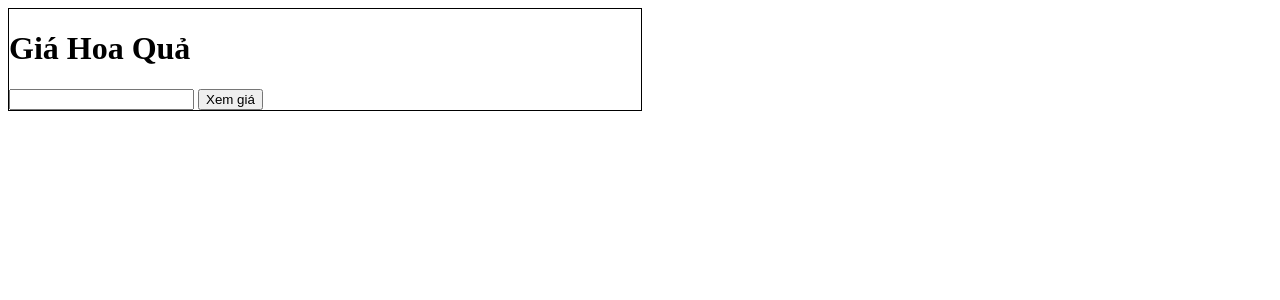
Repository: tungts3qb/BTCodeGym
Page: giahoaqua.html
These files come from the project's save history. The page is drawn as it stood at one moment and after the next save; the edit follows.
The browser window is 1280 px wide. The pictures show the whole page.

Above is the page before, as saved 2023-01-04 11:00:08.

After the next save:
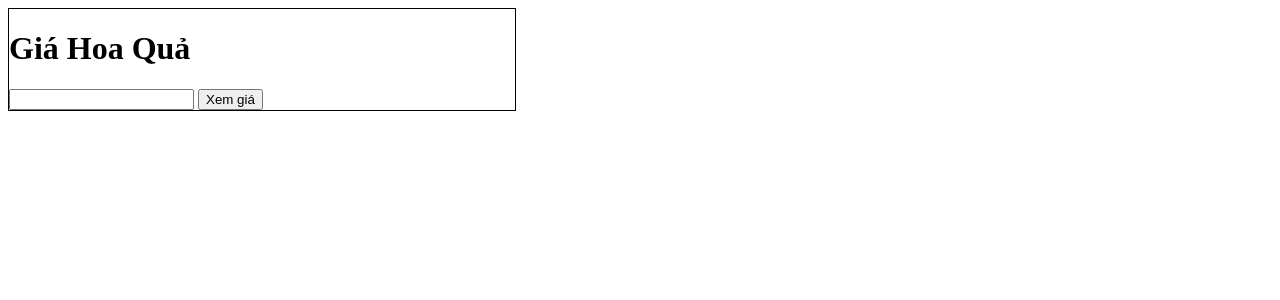
Saved 4 s later.
--- a/giahoaqua.html
+++ b/giahoaqua.html
@@ -10,7 +10,7 @@
     <style>
       .check-fruit-form {
         border: solid 1px black;
-        max-width: 50%;
+        max-width: 40%;
       }
     </style>
     <div class="check-fruit-form">
